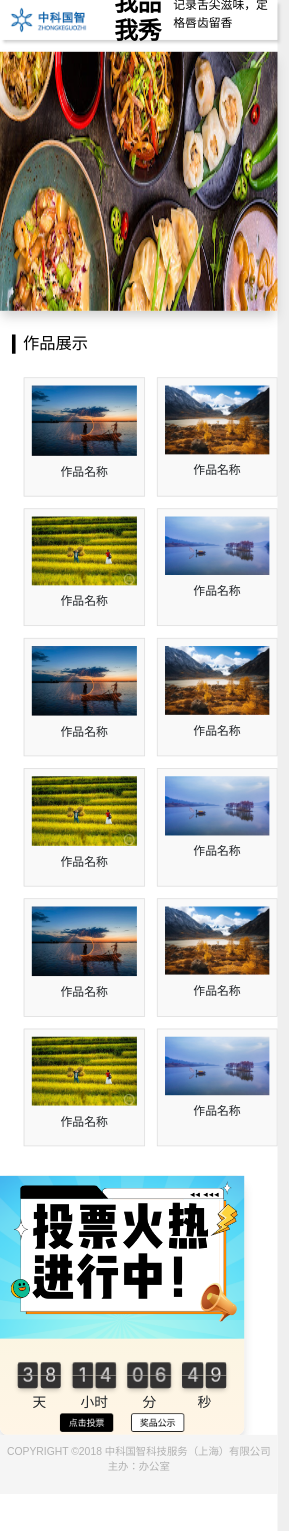
Repository: Scott-9499/zkgzsyds
Page: other/food.html
These files come from the project's save history. The page is drawn as it stood at one moment and after the next save; the edit follows.
The browser window is 375 px wide. The page is 391 px wide, so the pictures cover 391 px, including what lies to the right of the window. The pictures show the whole page, at 74% of full size.

Above is the page before, as saved 2024-11-22 16:51:49.

### other/food.html
<!DOCTYPE html>
<html>

<head>
  <meta charset="utf-8">
  <title>我品我秀</title>
  <link rel="stylesheet" href="https://stackpath.bootstrapcdn.com/bootstrap/4.5.2/css/bootstrap.min.css">
  <link rel="stylesheet" href="../css/style-theme.css">
  <link rel="stylesheet" href="../flip/flip.min.css">
</head>

<div class="page">
  <!-- 顶部 -->
  <div class="page-top">
    <img src="../image/logo.png" alt="">
    <h1>我品我秀</h1>
    <p>记录舌尖滋味，定格唇齿留香</p>
  </div>
  <!-- 内容区 -->
  <div class="page-con">
    <div class="container-fluid">
      <div class="row no-gutters">
        <!-- 导航栏 -->
        <div class="col-lg-2 col-md-3 col-sm-4 pc-nav">
          <div class="nav">
            <a href="../demo/index.html" title="返回首页">首页</a>
            <a href="./food.html" class="active">我品我秀</a>
            <a href="./travel.html">我行我秀</a>
            <a href="./season.html">我歆我秀</a>
            <a href="./rules.html">规则详情</a>
          </div>
          <div class="QRcode">
            <img src="../image/QRCode.png" alt="">
            <p>扫一扫进入投票问卷</p>
          </div>
        </div>
        <!-- 主要内容 -->
        <div class="col-lg-10 col-md-9 col-sm-8">
          <div class="pc-box">
            <div class="home-top">
              <div class="row" >
                <!-- 广告图 -->
                <div class="col-lg-7 col-md-8 col-sm-11 banner">
                  <img src="../image/food-banner.jpg" alt="">
                </div>
                <!-- 投票区域 -->
                <div class="col-lg-4 d-none d-lg-block toupiao">
                  <div class="vote-img">
                    <img src="../image/lachang.png" alt="">
                  </div>
                  <div class="countdownbox">
                    <div class="tick" data-did-init="handleTickInit">
                      <div data-repeat="true" data-layout="horizontal center fit"
                        data-transform="preset(d, h, m, s) -> delay">
                        <div class="tick-group">
                          <div data-key="value" data-repeat="true" data-transform="pad(00) -> split -> delay">
                            <span data-view="flip"></span>
                          </div>
                          <span data-key="label" data-view="text" class="tick-label tick-text"
                            data-value="${locale.SECOND_PLURAL}">${locale.SECOND_PLURAL}</span>
                        </div>
                      </div>
                    </div>
                  </div>
                  <div class="vote-text">
                    <div class="link">
                      <a href="https://survey.zohopublic.com.cn/zs/sJEAnT" class="pulse-shrink" target="_blank">点击投票</a>
                      <a href="./rules.html#jiangpingongshi" class="pulse-shrink">奖品公示</a>
                    </div>
                  </div>
                </div>
              </div>
            </div>
            <!-- 作品展示 -->
            <div class="wrapbox">
              <div class="zuopin">
                <h3 class="common-title">作品展示</h3>
                <div class="zuopin-box">
                  <ul>
                    <li>
                      <a href="">
                        <img src="../image/zp1.jpg" alt="作品名称">
                        <p>作品名称</p>
                      </a>
                    </li>
                    <li>
                      <a href="">
                        <img src="../image/zp2.jpeg" alt="作品名称">
                        <p>作品名称</p>
                      </a>
                    </li>
                    <li>
                      <a href="">
                        <img src="../image/zp3.jpeg" alt="作品名称">
                        <p>作品名称</p>
                      </a>
                    </li>
                    <li>
                      <a href="">
                        <img src="../image/zp4.jpeg" alt="作品名称">
                        <p>作品名称</p>
                      </a>
                    </li>
                    <li>
                      <a href="">
                        <img src="../image/zp1.jpg" alt="作品名称">
                        <p>作品名称</p>
                      </a>
                    </li>
                    <li>
                      <a href="">
                        <img src="../image/zp2.jpeg" alt="作品名称">
                        <p>作品名称</p>
                      </a>
                    </li>
                    <li>
                      <a href="">
                        <img src="../image/zp3.jpeg" alt="作品名称">
                        <p>作品名称</p>
                      </a>
                    </li>
                    <li>
                      <a href="">
                        <img src="../image/zp4.jpeg" alt="作品名称">
                        <p>作品名称</p>
                      </a>
                    </li>
                    <li>
                      <a href="">
                        <img src="../image/zp1.jpg" alt="作品名称">
                        <p>作品名称</p>
                      </a>
                    </li>
                    <li>
                      <a href="">
                        <img src="../image/zp2.jpeg" alt="作品名称">
                        <p>作品名称</p>
                      </a>
                    </li>
                    <li>
                      <a href="">
                        <img src="../image/zp3.jpeg" alt="作品名称">
                        <p>作品名称</p>
                      </a>
                    </li>
                    <li>
                      <a href="">
                        <img src="../image/zp4.jpeg" alt="作品名称">
                        <p>作品名称</p>
                      </a>
                    </li>
                  </ul>
                </div>
              </div>


              <!-- 投票区域在中小屏幕时放在作品展示后面 -->
              <div class="d-lg-none toupiao mt-4">
                <div class="vote-img">
                  <img src="../image/lachang.png" alt="">
                </div>
                <div class="countdownbox">
                  <div class="tick" data-did-init="handleTickInit">
                    <div data-repeat="true" data-layout="horizontal center fit"
                      data-transform="preset(d, h, m, s) -> delay">
                      <div class="tick-group">
                        <div data-key="value" data-repeat="true" data-transform="pad(00) -> split -> delay">
                          <span data-view="flip"></span>
                        </div>
                        <span data-key="label" data-view="text" class="tick-label tick-text"
                          data-value="${locale.SECOND_PLURAL}">${locale.SECOND_PLURAL}</span>
                      </div>
                    </div>
                  </div>
                </div>
                <div class="vote-text">
                  <div class="link">
                    <a href="https://survey.zohopublic.com.cn/zs/sJEAnT" class="pulse-shrink" target="_blank">点击投票</a>
                    <a href="./rules.html#jiangpingongshi" class="pulse-shrink">奖品公示</a>
                  </div>
                </div>
              </div>
            </div>
            <!-- 页脚 -->
            <div class="footer">
              <div class="copyright">
                <p>
                  COPYRIGHT ©2018 中科国智科技服务（上海）有限公司<br>
                  主办：办公室
                </p>
              </div>
            </div>
          </div>
        </div>
      </div>
    </div>
  </div>
  <script>
    function handleTickInit(tick) {
      var locale = {
        DAY_PLURAL: '天',
        DAY_SINGULAR: '天',
        HOUR_PLURAL: '小时',
        HOUR_SINGULAR: '小时',
        MINUTE_PLURAL: '分',
        MINUTE_SINGULAR: '分',
        SECOND_PLURAL: '秒',
        SECOND_SINGULAR: '秒'
      };
      for (var key in locale) {
        if (!locale.hasOwnProperty(key)) { continue; }
        tick.setConstant(key, locale[key]);
      }

      var targetDate = '2024/12/24 00:00:00';

      Tick.count.down(targetDate).onupdate = function (value) {
        tick.value = value;
      };
    }
  </script>
  <script src="https://code.jquery.com/jquery-1.12.4.min.js"></script>
  <script src="https://maxcdn.bootstrapcdn.com/bootstrap/3.4.1/js/bootstrap.min.js"></script>
  <script src="../flip/flip.min.js"></script>

  </body>

</html>

### css/style-theme.css
body {
  font-size: 16px;
  background: #efefef;
  font-family: '微软雅黑', sans-serif !important; /* 强制设置全局字体为微软雅黑 */
  display: flex;
  flex-direction: column;
  min-height: 100vh;
  margin: 0;
}

.page {
  flex: 1;
  display: flex;
  flex-direction: column;
}
.container-fluid{
  padding: 0;
}
.page-top {
  position: sticky;
  top: 0;
  left: 0;
  display: flex;
  align-items: center;
  justify-content: space-between;
  height: 54px; /* 固定高度改为具体数值 */
  width: 100%;
  padding-left: 3%;
  padding-right: 3%;
  background: #fff;
  box-shadow: 4px 4px 4px 0 #ccc;
  z-index: 999;
}

.page-top img {
  max-height: 40px;
  margin-right: 1rem;
}

.page-top h1 {
  color: black;
  font-size: 2rem;
  font-weight: bold;
  text-decoration: none;
}

.page-top p {
  font-size: 1rem;
  color: black;
}

.page-con {
  display: flex;
  background-color: white;
  padding: 0rem;

  flex: 1; /* 使内容区域占据剩余空间 */
}

.pc-nav {
  display: none; /* 默认隐藏侧边栏 */
  flex-direction: column;
  top: 0;
  padding-top: 54px; /* 固定高度改为具体数值 */
  left: 0;
  width: 10%; /* 宽度适当减小 */
  max-width: 15%;
  background: white;
  box-shadow: 4px 0 4px 0 #ccc;
  z-index: 99;
  padding: 1rem;
  padding-top: 0;
  min-height: calc(100vh - 54px); /* 确保至少占满剩余视口高度 */
}

@media (min-width: 768px) {
  .pc-nav {
    display: flex; /* 在较大屏幕上显示侧边栏 */
  }
}

.pc-nav .nav a {
  display: block !important;
  width: 100%;
  font-weight: 500;
  text-align: center;
  color: black;
  padding: 1rem 0;
  text-decoration: none;
  white-space: nowrap;
}

.pc-nav .nav a:hover {
  background-color: darkblue;
  color: white;
}

.pc-nav .nav a.active {
  background-color: skyblue;
  color: black;
}

.pc-box {
  width: 100%;
  padding-bottom: 50px;
  min-height: calc(100vh - 54px); /* 确保至少占满剩余视口高度 */
  display: flex;
  flex-direction: column;
}

.home-top {
  display: flex;
  justify-content: space-between;
  width: 100%;
  margin-top: 1rem;
}

.banner {
  width: 100%;
  height: 350px; /* 高度改为具体数值 */
  margin: 1 rem;
  margin-right: auto;
}

.banner img {
  display: block;
  width: 100%;
  height: 100%;
  box-shadow: 0px 10px 15px -3px rgba(68, 68, 68, 0.25);
}

.toupiao {
  width: 100%;
  max-width: 330px;
  height: 350px; /* 高度改为具体数值 */
  background: linear-gradient(to top, #FFF5E6, #F5F5DC);
  box-shadow: 0px 10px 15px -3px rgba(68, 68, 68, 0.25);
  border-radius: 10px;
  /* padding: 1rem; */
  /* margin: 1rem 0; */
}

.vote-img img {
  display: block;
  width: 100%;
  height: auto;
  position: relative;
  top: 0;
  margin: 0 auto;
}

.countdownbox {
  width: 100%;
  margin: 1rem 0 0 0;
  padding: 1rem;
  background-attachment: fixed;
  display: flex;
  align-items: center;
  justify-content: center;
  flex-direction: column;

}

.tick {
  padding-bottom: 1em;
  font-size: 1rem;
  font-family: -apple-system, BlinkMacSystemFont, 'Segoe UI', Roboto, Oxygen-Sans, Ubuntu, Cantarell, 'Helvetica Neue', sans-serif;
}

.tick-label {
  font-size: 0.75em;
  text-align: center;
}

.tick-group {
  margin: 0 0.25em;
  text-align: center;
}

.vote-text {
  text-align: center;
}

.link {
  margin-top: -2rem;
}

.link a {
  text-align: center;
  text-decoration: none;
  display: inline-block;
  width: 72px;
  height: 25px;
  font-size: 12px;
  line-height: 25px;
  border-radius: 3px;
}

.link a:nth-child(1) {
  background: black;
  color: white;
  border: 1px solid black;
}

.link a:nth-child(2) {
  background: white;
  color: black;
  border: 1px solid black;
  margin-left: 20px;
}

.pulse-shrink {
  display: inline-block;
  -webkit-tap-highlight-color: rgba(0, 0, 0, 0);
  will-change: transform;
  -webkit-font-smoothing: antialiased;
  -moz-osx-font-smoothing: grayscale;
  cursor: pointer;
  text-align: center;
  text-decoration: none;
  width: 72px;
  height: 25px;
  font-size: 12px;
  line-height: 25px;
  border-radius: 3px;
}

.pulse-shrink:hover {
  animation-name: pulse-shrink;
  animation-duration: .3s;
  animation-timing-function: linear;
  animation-iteration-count: infinite;
  animation-direction: alternate;
}

@keyframes pulse-shrink {
  0% { transform: scale(1); }
  100% { transform: scale(0.9); }
}

.zuopin {
  width: 100%;
  margin: 1rem;
  overflow-y: auto;
  overflow-x: hidden;
  flex-grow: 1; /* 使内容区域占据剩余空间 */
  display: flex;
  flex-direction: column;
}

.common-title {
  font-size: 1.375rem;
  color: black;
  border-left: 5px solid black;
  padding-left: 10px;
  margin-bottom: 1rem;
  margin-top: 1rem;
}

.zuopin-box {
  display: grid;
  gap: 1rem;
  padding: 1rem;
  flex-grow: 1; /* 使作品盒子占据剩余空间 */
}

.zuopin-box ul {
  list-style-type: none;
  padding: 0;
  margin: 0;
  display: contents;
}

.zuopin-box li {
  background-color: #f9f9f9;
  border: 1px solid #ddd;
  overflow: hidden;
  transition: transform 0.2s ease-in-out;
}

.zuopin-box li:hover {
  transform: scale(1.05);
}

.zuopin-box a {
  text-decoration: none;
  color: inherit;
  display: block;
  padding: 10px;
}

.zuopin-box img {
  width: 100%;
  height: auto;
  display: block;
}

.zuopin-box p {
  text-align: center;
  margin: 10px 0;
}

.footer {
  background-color: whitesmoke;
  height: 80px;
  width: 100%;
  margin: 0;
  display: flex;
  justify-content: center;
  align-items: center;
}

.copyright p {
  font-size: 0.875rem;
  font-weight: lighter;
  text-align: center;
  color: #b1b1b1;
  line-height: 20px;
}

.right-img {
  position: absolute;
  bottom: 1rem;
  right: 1rem;
  max-width: 100%;
  max-height: 100%;
  z-index: 100;
}

.QRcode img {
  max-width: 100%;
  height: auto;
}

.QRcode p {
  font-size: 1rem;
  color: #666;
  margin-block-start: 10px;
  margin-bottom: 20px;
  text-align: center;
}

/* 大屏幕（>= 900px）：每行4个 */
@media (min-width: 900px) {
  .zuopin-box {
    grid-template-columns: repeat(4, 1fr);
  }
}

/* 中等屏幕（600px - 899px）：每行3个 */
@media (min-width: 600px) and (max-width: 899px) {
  .zuopin-box {
    grid-template-columns: repeat(3, 1fr);
  }
}

/* 小屏幕（<= 599px）：每行2个 */
@media (max-width: 599px) {
  .zuopin-box {
    grid-template-columns: repeat(2, 1fr);
  }
}

/* 调整投票区域和作品展示之间的间距 */
.home-top {
  flex-wrap: wrap;
}

.toupiao {
  order: 1; /* 保持投票区域在上半部分 */
}

.zuopin {
  order: 2; /* 保持作品展示在下半部分 */
}

.zuopin-box {
  flex-grow: 1; /* 使作品盒子占据剩余空间 */
}

.home-bottom {
  display: flex;
  flex-direction: column;
  align-items: center;
  justify-content: center;
  margin-top: 1rem;
}

.home-bottom .toupiao {
  margin-bottom: 1rem;
}

Loaded but not shown: flip/flip.min.css (library); flip/flip.min.js (library)

After the next save:
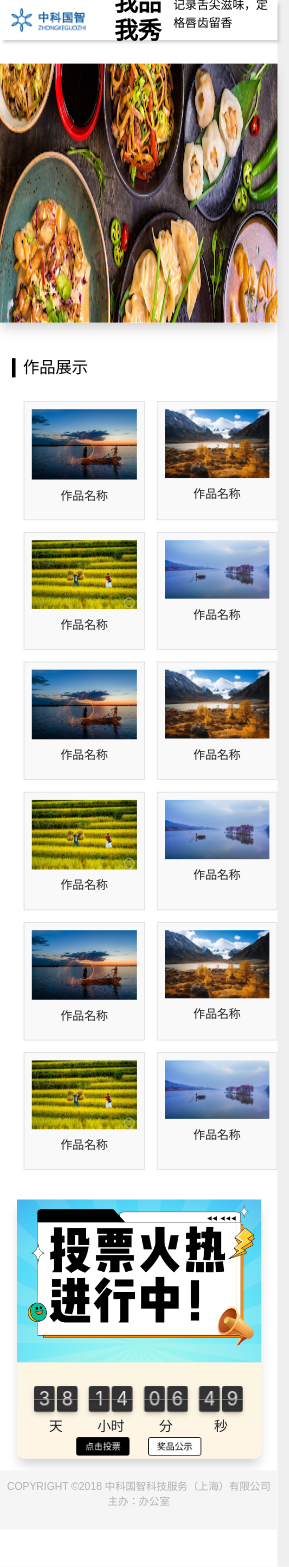
Saved 3 min 56 s later.
--- a/css/style-theme.css
+++ b/css/style-theme.css
@@ -359,6 +359,16 @@
   .zuopin-box {
     grid-template-columns: repeat(2, 1fr);
   }
+  .home-top {
+    flex-direction: column;
+    align-items: center; /* 居中对齐 */
+  }
+
+  .banner,
+  .toupiao {
+    width: 100%; /* 占据整行 */
+    margin: 1rem auto; /* 上下外边距和水平居中 */
+  }
 }
 
 /* 调整投票区域和作品展示之间的间距 */

After the save that followed:
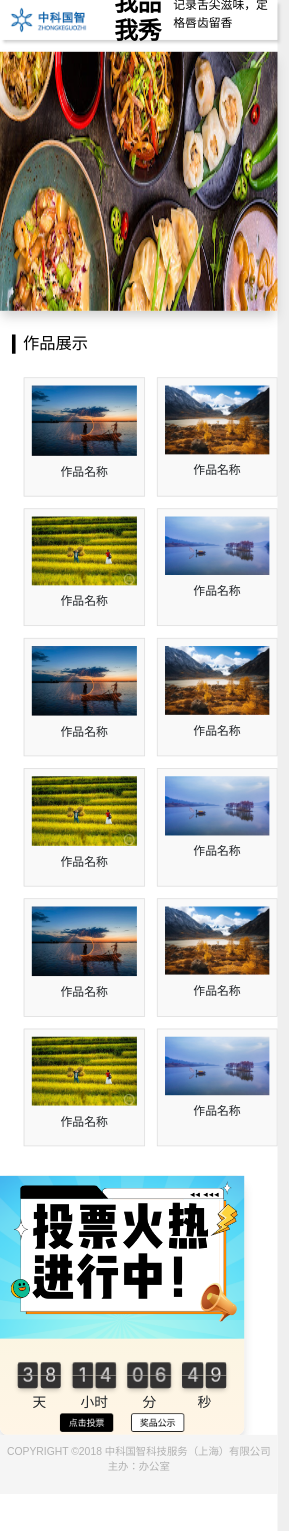
Saved 11 s later.
--- a/css/style-theme.css
+++ b/css/style-theme.css
@@ -359,16 +359,7 @@
   .zuopin-box {
     grid-template-columns: repeat(2, 1fr);
   }
-  .home-top {
-    flex-direction: column;
-    align-items: center; /* 居中对齐 */
-  }
-
-  .banner,
-  .toupiao {
-    width: 100%; /* 占据整行 */
-    margin: 1rem auto; /* 上下外边距和水平居中 */
-  }
+
 }
 
 /* 调整投票区域和作品展示之间的间距 */
